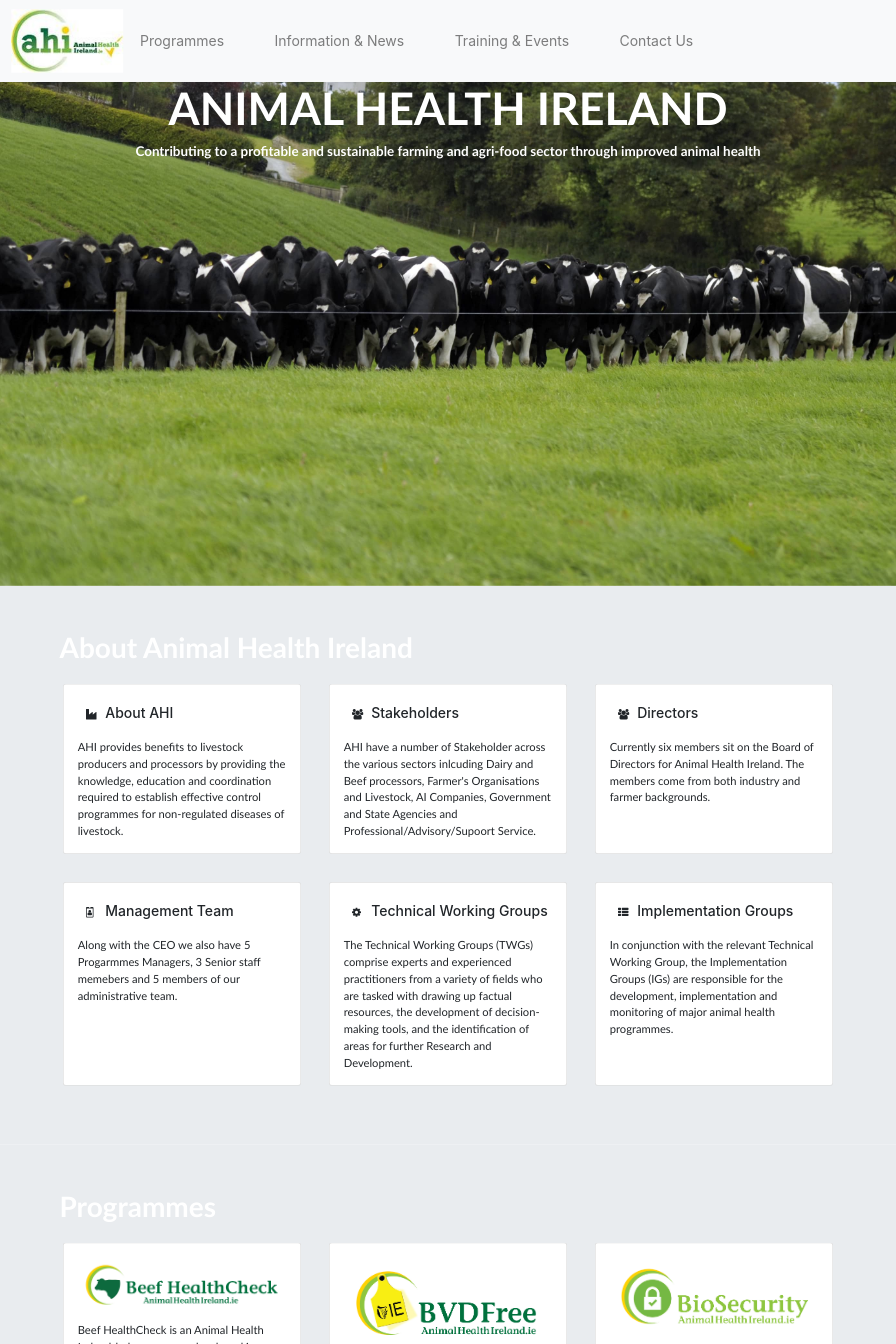
Repository: lisaannbyrne1/MilestoneProject1
Page: index.html
The author's editor kept a record of every edit. The page is drawn from the files as they stood at one moment, then again after the next edit.
The browser window is 1280 px wide. The pictures show the part of the page from y = 0 to 1920 px (the page is 4052 px tall), at 70% of full size.
Backgrounds fixed to the window are drawn as part of the page.

Above is the page before.

### index.html
<!DOCTYPE html>
<html lang="en">

<head>
  <meta charset="UTF-8">
  <meta name="viewport" content="width=device-width, initial-scale=1.0">
  <meta http-equiv="X-UA-Compatible" content="ie=edge">
  <link rel="stylesheet" href="https://stackpath.bootstrapcdn.com/bootstrap/4.3.1/css/bootstrap.min.css" integrity="sha384-ggOyR0iXCbMQv3Xipma34MD+dH/1fQ784/j6cY/iJTQUOhcWr7x9JvoRxT2MZw1T" crossorigin="anonymous">
  <link rel="stylesheet" href="https://cdnjs.cloudflare.com/ajax/libs/font-awesome/4.7.0/css/font-awesome.min.css">
  <link rel="stylesheet" href="./assets/css/style.css" type="text/css" />
  <title>Animal Health Ireland</title>
</head>

<body>


  <!--Navigation Bar-->

  <nav class="navbar navbar-expand-lg navbar-light bg-light">
    <a class="navbar-brand" href="#">
    <img src="assets/images/ahi-min.jpg" alt="AHI">
  </a>
    <button class="navbar-toggler" type="button" data-toggle="collapse" data-target="#navbarNav" aria-controls="navbarNav" aria-expanded="false" aria-label="Toggle navigation">
    <span class="navbar-toggler-icon"></span>
  </button>
    <div class="collapse navbar-collapse" id="navbarNav">
      <ul class="navbar-nav">
        <li class="nav-item">
          <a class="nav-link" href="#programmes">Programmes</a>
        </li>
        <li class="nav-item">
          <a class="nav-link" href="#news">Information & News</a>
        </li>
        <li class="nav-item">
          <a class="nav-link" href="#training">Training & Events</a>
        </li>
        <li class="nav-item">
          <a class="nav-link" href="#footer-details">Contact Us</a>
        </li>
      </ul>
    </div>
  </nav>


  <!--Landing-->

  <header>
    <div class="header" id="home">
      <h1 class="headtext">ANIMAL HEALTH IRELAND</h1>
      <p class="subtext">Contributing to a profitable and sustainable farming and agri-food sector through improved animal health</p>
    </div>
  </header>

  <!--About-->

  <div class="jumbotron jumbotron-fluid" id="about">
    <section id="about-ahi">
      <div class="container" id="container-about">
        <h1 class="section-title"> About Animal Health Ireland</h1>
        <div class="row">
          <div class="col-md-4 ahi-cards">
            <div class="card">
              <div class="card-body">
                <h5 class="card-title"><i class="fa fa-industry"></i> About AHI</h5>
                <p class="card-text"> AHI provides benefits to livestock producers and processors by providing the knowledge, education and coordination required to establish effective control programmes for non-regulated diseases of livestock.</p>
              </div>
            </div>
          </div>
          <div class="col-md-4 ahi-cards">
            <div class="card">
              <div class="card-body">
                <h5 class="card-title"><i class="fa fa-users"></i> Stakeholders</h5>
                <p class="card-text">AHI have a number of Stakeholder across the various sectors inlcuding Dairy and Beef processors, Farmer's Organisations and Livestock, AI Companies, Government and State Agencies and Professional/Advisory/Supoort Service.</p>
              </div>
            </div>
          </div>
          <div class="col-md-4 ahi-cards">
            <div class="card">
              <div class="card-body">
                <h5 class="card-title"><i class="fa fa-users" aria-hidden="true"></i> Directors</h5>
                <p class="card-text">Currently six members sit on the Board of Directors for Animal Health Ireland. The members come from both industry and farmer backgrounds.</p>
              </div>
            </div>
          </div>
        </div>
        <div class="row">
          <div class="col-md-4 ahi-cards">
            <div class="card">
              <div class="card-body">
                <h5 class="card-title"><i class="fa fa-id-badge"></i> Management Team</h5>
                <p class="card-text">Along with the CEO we also have 5 Progarmmes Managers, 3 Senior staff memebers and 5 members of our administrative team. </p>
              </div>
            </div>
          </div>
          <div class="col-md-4 ahi-cards">
            <div class="card">
              <div class="card-body">
                <h5 class="card-title"><i class="fa fa-cog"></i> Technical Working Groups</h5>
                <p class="card-text">The Technical Working Groups (TWGs) comprise experts and experienced practitioners from a variety of fields who are tasked with drawing up factual resources, the development of decision-making tools, and the identification of areas for
                  further Research and Development.</p>
              </div>
            </div>
          </div>
          <div class="col-md-4 ahi-cards">
            <div class="card">
              <div class="card-body">
                <h5 class="card-title"> <i class="fa fa-th-list"></i> Implementation Groups</h5>
                <p class="card-text">In conjunction with the relevant Technical Working Group, the Implementation Groups (IGs) are responsible for the development, implementation and monitoring of major animal health programmes.</p>
              </div>
            </div>
          </div>
        </div>
      </div>
  </div>

  </section>

  <!--Programmes-->

  <div class="jumbotron jumbotron-fluid" id="programmes">
    <section id="prog">
      <div class="container" id="container-prog">
        <h1 class="section-title">Programmes</h1>

        <div class="row">
          <div class="col-md-4 ahi-cards">
            <div class="card">
              <div class="card-body">
                <img src="assets/images/bhc.jpg" class="card-img-top" alt="Beef HealthCheck">
                <h5 class="card-title"> </h5>
                <p class="card-text">Beef HealthCheck is an Animal Health Ireland-led programme developed in collaboration with Meat Industry Ireland.</p>
              </div>
            </div>
          </div>

          <div class="col-md-4 ahi-cards">
            <div class="card">
              <div class="card-body">
                <img src="assets/images/bvd.jpg" class="card-img-top" alt="BVDFree">
                <h5 class="card-title"> </h5>
                <p class="card-text">National Eradication Programme.</p>
              </div>
            </div>
          </div>

          <div class="col-md-4 ahi-cards">
            <div class="card">
              <div class="card-body">
                <img src="assets/images/bs.jpg" class="card-img-top" alt="BioSecurity">
                <h5 class="card-title"> </h5>
                <p class="card-text">Biosecurity encompasses both bioexclusion (keeping infectious diseases out of holdings) and biocontainment (reducing infectious disease threats within the farm).</p>
              </div>
            </div>
          </div>
        </div>

        <div class="row">
          <div class="col-md-4 ahi-cards">
            <div class="card">
              <div class="card-body">
                <img src="assets/images/cc.jpg" class="card-img-top" alt="CalfCare">
                <h5 class="card-title"></h5>
                <p class="card-text"> </p>
                <p class="card-text">AHI have a number of Stakeholder across the various sectors inlcuding Dairy and Beef processors, Farmer's Organisations and Livestock, AI Companies, Government and State Agencies and Professional/Advisory/Supoort Service.</p>
              </div>
            </div>
          </div>

          <div class="col-md-4 ahi-cards">
            <div class="card">
              <div class="card-body">
                <img src="assets/images/cck.jpg" class="card-img-top" alt="CellCheck">
                <h5 class="card-title"> </h5>
                <p class="card-text">CellCheck is the national mastitis control programme, coordinated and facilitated by Animal Health Ireland.</p>
              </div>
            </div>
          </div>

          <div class="col-md-4 ahi-cards">
            <div class="card">
              <div class="card-body">
                <img src="assets/images/ibr.jpg" class="card-img-top" alt="IBRFree">
                <h5 class="card-title"> </h5>
                <p class="card-text">The initials ‘IBR’ stand for ‘Infectious Bovine Rhinotracheitis’ indicating that the disease spreads between cattle (Infectious Bovine) and usually causes the nose (Rhino-) and upper airways (-trache-) to become inflamed (-it is).</p>
              </div>
            </div>
          </div>
        </div>

        <div class="row">
          <div class="col-md-4 ahi-cards">
            <div class="card">
              <div class="card-body">
                <img src="assets/images/jd.jpg" class="card-img-top" alt="Johnes Disease">
                <h5 class="card-title"> </h5>
                <p class="card-text">The Irish Johne’s Control Programme (IJCP) represents a significant step for the Irish cattle industries in developing a long-term approach to the control of Johne’s disease.</p>
              </div>
            </div>
          </div>

          <div class="col-md-4 ahi-cards">
            <div class="card">
              <div class="card-body">
                <img src="assets/images/pc.jpg" class="card-img-top" alt="Parasite Control">
                <h5 class="card-title"> </h5>
                <p class="card-text">Effective and timely parasite control on farm has significant impacts on animal health, farm productivity and the processing industry.</p>
              </div>
            </div>
          </div>

          <div class="col-md-4 ahi-cards">
            <div class="card">
              <div class="card-body">
                <img src="assets/images/phc.jpg" class="card-img-top" alt="Pig Heath Check">
                <h5 class="card-title"> </h5>
                <p class="card-text">Targeted Advisory Service on Animal Health in Pig Health</p>
              </div>
            </div>
          </div>
        </div>

      </div>
  </div>
  </section>


  <!--Information & News-->

  <div class="jumbotron jumbotron-fluid" id="news">
    <section id="info">
      <div class="container" id="container-training">
        <h1 class="section-title">Information & News</h1>
        <div class="row">
          <div class="col-md-4 ahi-cards">
            <div class="card">
              <div class="card-body">
                <h5 class="card-title"><i class="fa fa-newspaper-o" aria-hidden="true"></i> Newsletters & Bulletins</h5>
                <p class="card-text">Sign up here to receive AHI Newsletters and Bulletins.</p>
                <a href="https://portal.animalhealthireland.ie/NewsletterSignUp/" target="_blank" class="btn btn-outline-secondary">Sign Up</a>
              </div>
            </div>
          </div>

          <div class="col-md-4 ahi-cards">
            <div class="card">
              <div class="card-body">
                <h5 class="card-title"><i class="fa fa-book" aria-hidden="true"></i>Published Guides</h5>
                <p class="card-text">AHI has created a series of helpful information publications which are available to download as a PDF.</p>
                <a href="https://portal.animalhealthireland.ie/NewsletterSignUp/" target="_blank" class="btn btn-outline-secondary">Sign Up</a>
              </div>
            </div>
          </div>
          <div class="col-md-4 ahi-cards">
            <div class="card">
              <div class="card-body">
                <h5 class="card-title"><i class="fa fa-briefcase" aria-hidden="true"></i> Careers</h5>
                <p class="card-text">Please check back again for vacancies with Animal Health Ireland.</p>
              </div>
            </div>
          </div>
        </div>
      </div>
  </div>
  </section>

  <!--Training & Events-->

  <div class="jumbotron jumbotron-fluid" id="training">
    <section id="train-events">
      <div class="container" id="container-training">
        <h1 class="section-title">Training & Events</h1>
        <div class="row">
          <div class="col-md-4 ahi-cards">
            <div class="card">
              <div class="card-body">
                <h5 class="card-title"><i class="fa fa-graduation-cap" aria-hidden="true"></i>Veterinary Training</h5>
                <p class="card-text">As part of the Rural Development Plan 2014-2020, DAFM, in conjunction with the EU, are funding a Targeted Advisory Service on Animal Health (TASAH) for farmers, delivered by trained veterinary practitioners.</p>
              </div>
            </div>
          </div>

          <div class="col-md-4 ahi-cards">
            <div class="card">
              <div class="card-body">
                <h5 class="card-title"><i class="fa fa-check-square-o" aria-hidden="true"></i>Training Experience of Interest</h5>
                <p class="card-text">Register your interest in taking part in future training relating to AHI Programmes.</p>
                <a href="https://portal.animalhealthireland.ie/traineoi/" target="_blank" class="btn btn-outline-secondary">Expression of Interest</a>
              </div>
            </div>
          </div>
          <div class="col-md-4 ahi-cards">
            <div class="card">
              <div class="card-body">
                <h5 class="card-title"><i class="fa fa-calendar" aria-hidden="true"></i>Events</h5>
                <p class="card-text">Please check back for up and coming on farm and training events that will be taking place.</p>
              </div>
            </div>
          </div>
        </div>
      </div>
  </div>
  </section>


  <!--Footer-->
  <footer class="container-fluid">
    <div id="footer-details" class="row">
      <div class="col-sm-4">
        <img src="assets/images/ahi.jpg" class="card-img-top" alt="AHILogo" id="footerlogo">
        <h5 class="uppercase general-sub"></h5>
      </div>

      <div class="col-sm-4" id="contacts">
        <h5 class="uppercase general-sub">Contact Us</h5>
        <i class="fa fa-phone" aria-hidden="true"></i> +353 (0) 71 9671928<br>
        <i class="fa fa-envelope" aria-hidden="true"></i> admin@animalhealthireland.ie<br>
        <i class="fa fa-map-marker" aria-hidden="true"></i> 4-5 The Archways, Carrick-on-Shannon, Co. Leitrim N41 WN2<br>
        <div class="footer-social-icons">
          <h5 class="uppercase general-sub">Follow Us On</h5>
          <a href="https://www.facebook.com/Animal.Health.Ireland/" target="_blank" class="fa fa-facebook"></a>
          <a href="https://twitter.com/animalhealthire?lang=en" target="_blank" class="fa fa-twitter"></a>
          <a href="https://www.youtube.com/channel/UCriAefzKXK5CNfb0e8MikMA" target="_blank" class="fa fa-youtube"></a>
          <a href="https://ie.linkedin.com/company/animal-health-ireland" target="_blank" class="fa fa-linkedin"></a>
        </div>
      </div>

      <div class="col-sm-4" id="signup">
        <h5 class="uppercase general-sub">Sign Up with Us</h5>
        <p class="inline-block">
          <a href="https://portal.animalhealthireland.ie/NewsletterSignUp/" target="_blank" class="btn btn-secondary">Newsletters & Bulletins</a>
          <a href="https://portal.animalhealthireland.ie/traineoi/" target="_blank" class="btn btn-secondary">Expression of Interest</a>
        </p>
        </ul>
      </div>

    </div>
  </footer>

  <script src="https://code.jquery.com/jquery-3.3.1.slim.min.js" integrity="sha384-q8i/X+965DzO0rT7abK41JStQIAqVgRVzpbzo5smXKp4YfRvH+8abtTE1Pi6jizo" crossorigin="anonymous"></script>
  <script src="https://cdnjs.cloudflare.com/ajax/libs/popper.js/1.14.7/umd/popper.min.js" integrity="sha384-UO2eT0CpHqdSJQ6hJty5KVphtPhzWj9WO1clHTMGa3JDZwrnQq4sF86dIHNDz0W1" crossorigin="anonymous"></script>
  <script src="https://stackpath.bootstrapcdn.com/bootstrap/4.3.1/js/bootstrap.min.js" integrity="sha384-JjSmVgyd0p3pXB1rRibZUAYoIIy6OrQ6VrjIEaFf/nJGzIxFDsf4x0xIM+B07jRM" crossorigin="anonymous"></script>

</body>

</html>

### assets/css/style.css
/*--Fonts--*/

.section-title {
    font-family: Calibri, Helvetica, sans-serif;
    color: #fff;
    font-weight: bold;
    text-align: left;
}

p, h3 {
    font-family: Calibri, Helvetica, sans-serif;
    color: rgba(0 0 0 .5);
}

/*--Landing fonts/images--*/

body {
    margin: 0;
}


.headtext {
    color: #fff;
    font-family: Calibri, Helvetica, sans-serif;
    font-size: 4rem;

    font-weight: 900;

}

.subtext {
    color: #fff;
    font-family: Calibri, Helvetica, sans-serif;
    font-size: 1.2rem;
     font-weight: 900;

}

#logo {
    padding-top: 30px;
    width: 255px;
    height: 150px;
    margin-right: 20px;

}

/*--Sections--*/

header {
    background-attachment: fixed;
    background-image: url("../images/landing-min.jpg");
    background-position: bottom;
    background-size: cover;
    text-align: center;
    margin-bottom: 0px;
    height: 100vh;
    width: 100%;
    z-index: 1;

}


/*--Navigation--*/

.navbar {
    background-color: #fff;
    position: -webkit-sticky;
    position: sticky;
    width: 100%;
    z-index: 1000000;
    top: 0;
}

.navbar-expand-lg .navbar-nav .nav-link {
    padding left: 4rem;
    padding-right: 4rem;
    font-size: 20px;

}

/*--Sections--*/

#about {
    background-attachment: fixed;
  /*  background-image: url("../../assets/images/about.JPG"); */
    background-position: bottom;
    background-size: cover;
    margin-bottom: 0px;
    z-index: 1;
}

#programmes {
    background-attachment: fixed;
   /*  background-image: url("../../assets/images/programmes.jpg"); */
    background-position: bottom;
    background-size: cover;
    margin-bottom: 0px;
    z-index: 1;
}

#news {
    background-attachment: fixed;
   /*  background-image: url("../../assets//images/news.JPG"); */
    background-position: bottom;
    background-size: cover;
    margin-bottom: 0px;
    z-index: 1;
}

#training {
    background-attachment: fixed;
  /*  background-image: url("../../assets/images/train.jpg"); */
    background-position: bottom;
    background-size: cover;
    margin-bottom: 0px;
    z-index: 1;
}


/*--Cards--*/

.ahi-cards {
    display: grid;
    grid-template-rows: none|auto|max-content|min-content|length|initial|inherit;
    padding: 20px 20px 20px 20px;
}

.card-body {
    flex: 1 1 auto;
    padding: 1.25rem;

}


/*--Transitions--*/

.card {
    transform: translateZ(0px);
    transition-duration: .3s;
    transition-property: transform;
}

.card:hover {
    transform: scale(1.1);
}


/*--Footer--*/

.container-fluid {
    padding-top: 20px;
    background-color: #f8f9fa;
    width: 100%;
}

#footerlogo {
    display: block;
    width: 50%;
    height: auto;
    margin-top: 20px;
    margin-left: 60px;
}

.btn-secondary {
    display: block;
    width: 50%;
    margin-top: 20px;
    margin-bottom: 20px;
    margin-left: 50px;

    }


a {
    text-decoration: none;
    color: #000;
    color: rgba(0, 0, 0, .5);
}

.button {
    background-color: #4CAF50;
    border: none;
    color: white;
    padding: 15px 32px;
    text-align: center;
    text-decoration: none;
    display: inline-block;
    font-size: 16px;
    margin: 4px 2px;
    cursor: pointer;
}

a.button {
text-decoration: none;
}

/*--Footer Socials--*/

.fa {
    padding: 10px;
    font-size: 15px;
    width: 30px;
    text-align: center;
    text-decoration: none;
    margin: 5px 2px;
    border-radius: 50%;
}

.fa:hover {
    opacity: 0.7;
}

.fa-facebook {
    background: #3B5998;
    color: white;
}

.fa-twitter {
    background: #55ACEE;
    color: white;
}

.fa-youtube {
    background: #bb0000;
    color: white;
}

.fa-linkedin {
    background: #007bb5;
    color: white;
}



/*--Media Queries--*/

@media only screen and (max-width: 600px) {
  body {
    background-color: lightblue;
  }
}

After the next edit:
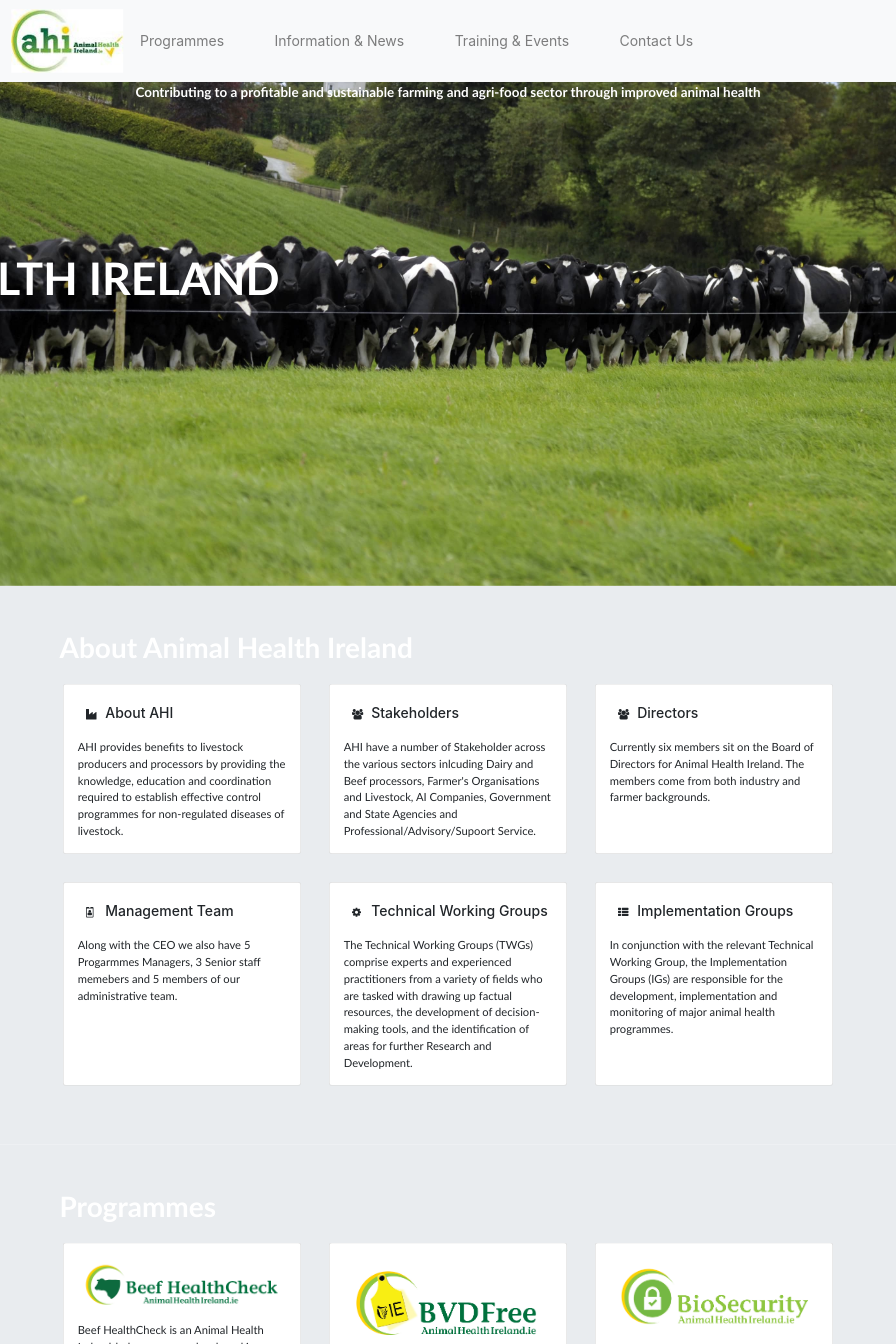
The edit:
--- a/assets/css/style.css
+++ b/assets/css/style.css
@@ -23,8 +23,10 @@
     color: #fff;
     font-family: Calibri, Helvetica, sans-serif;
     font-size: 4rem;
-
     font-weight: 900;
+     position: absolute;
+  top: 50%;
+  transform: translate(-50%, 0);
 
 }
 
